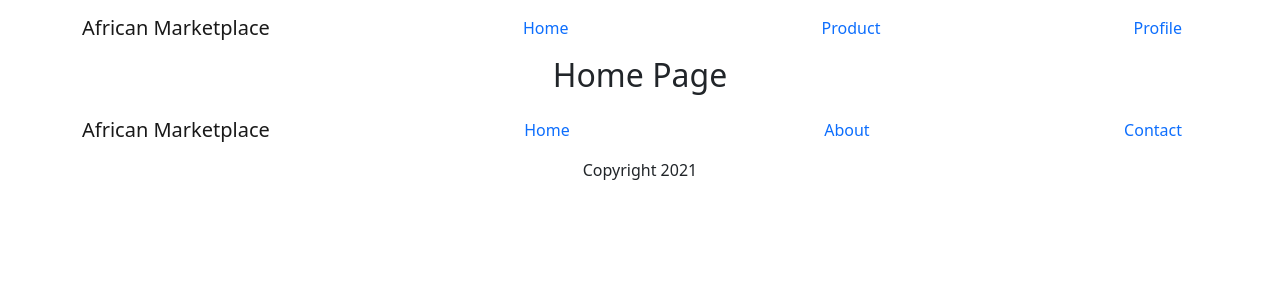
Repository: NelsonMaldonado/AfricanMarketplace
Page: / (app in african-marketplace/)
An editor plug-in stored every save of this project. The page is shown before and after a run of saves, followed by the edit.
The browser window is 1280 px wide. The pictures show the whole page.
The project was rebuilt for these pictures with package versions that can differ from the ones it lists, and the page was loaded fresh each time. Also part of the build but not shown: african-marketplace/src/component/404.js.

Above is the page before, as saved 2021-08-23 08:08:09.

### african-marketplace/src/App.js
import "./App.css";
import Home from "./component/home";
import NavigationBar from "./component/navigation-bar";
import Page404 from "./component/404";
import Footer from "./component/footer";
import { BrowserRouter, Route, Switch } from "react-router-dom";

function App() {
  return (
    <div className="App">
      <header>
        <NavigationBar />
      </header>
      <main>
        <BrowserRouter>
          <Switch>
            <Route exact path="/">
              <Home />
            </Route>
            <Route path="/"> </Route>
            <Route path="/"> </Route>
            <Route>
              <Page404 />
            </Route>
          </Switch>
        </BrowserRouter>
      </main>
      <footer>
        <Footer />
      </footer>
    </div>
  );
}

export default App;

### african-marketplace/src/component/home.js
import React from "react";


export default function Home(props) {
  return (
    <div>
      <h2>Home Page</h2>

    </div>
  );
}

### african-marketplace/src/component/navigation-bar.js
import { Navbar, Nav, Container } from "react-bootstrap";
import "bootstrap/dist/css/bootstrap.min.css";

export default function NavigationBar(props) {
  return (
    <Navbar>
      <Container>
        <Navbar.Brand href="#">African Marketplace</Navbar.Brand>
        <Nav.Link href="#">Home</Nav.Link>
        <Nav.Link href="#">Product</Nav.Link>
        <Nav.Link href="#">Profile</Nav.Link>
      </Container>
    </Navbar>
  );
}

### african-marketplace/src/component/footer.js
import { Navbar, Nav, Container } from "react-bootstrap";
import "bootstrap/dist/css/bootstrap.min.css";

export default function Footer(props) {
  return (
    <div>
      <Navbar>
        <Container>
          <Navbar.Brand href="#">African Marketplace</Navbar.Brand>
          <Nav.Link href="#">Home</Nav.Link>
          <Nav.Link href="#">About</Nav.Link>
          <Nav.Link href="#">Contact</Nav.Link>
        </Container>
      </Navbar>
      <p>Copyright 2021</p>
    </div>
  );
}

Loaded but not shown: african-marketplace/public/index.html (common file); african-marketplace/src/index.js (common file); african-marketplace/src/index.css (common file); african-marketplace/src/reportWebVitals.js (common file); african-marketplace/src/App.css (common file)

After the next 2 saves:
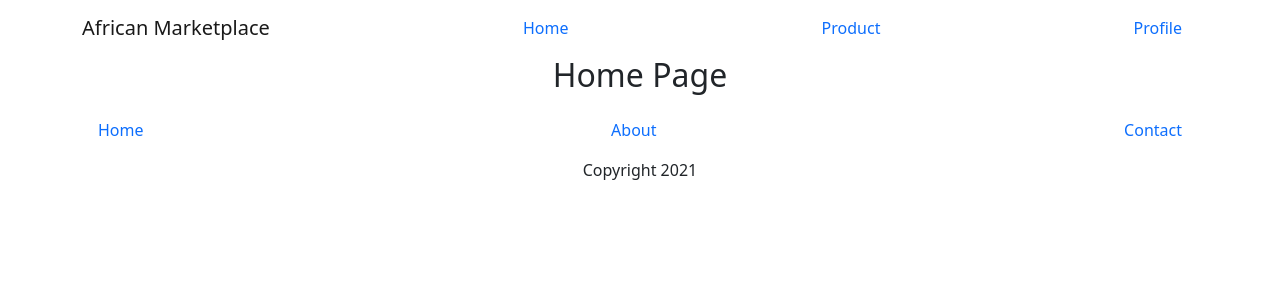
The 2 saves are shown as one change because they came seconds apart.
The last was saved 13 s later.
--- a/african-marketplace/src/component/footer.js
+++ b/african-marketplace/src/component/footer.js
@@ -6,7 +6,6 @@ export default function Footer(props) {
     <div>
       <Navbar>
         <Container>
-          <Navbar.Brand href="#">African Marketplace</Navbar.Brand>
           <Nav.Link href="#">Home</Nav.Link>
           <Nav.Link href="#">About</Nav.Link>
           <Nav.Link href="#">Contact</Nav.Link>
